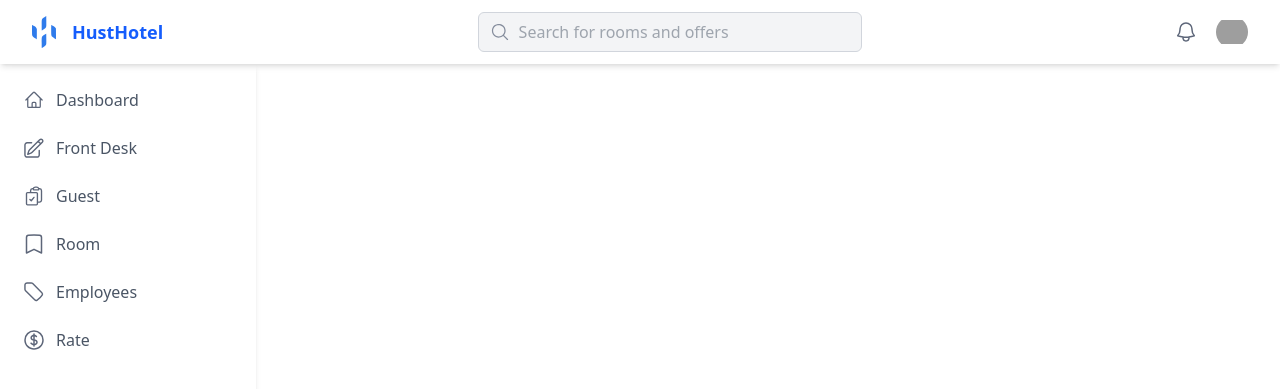
Repository: nguynd/GR1Attendance
Page: / (app in fe/)
An editor plug-in stored every save of this project. The page is shown before and after the next save, followed by the edit.
The browser window is 1280 px wide. The pictures show the whole page.
Pictures or frames that could not be fetched are drawn as grey boxes. The page's requests for data from a server got no answer. The project was rebuilt for these pictures with package versions that can differ from the ones it lists, and the page was loaded fresh each time. Some packages were replaced by stand-ins written for this rebuild. No one was signed in, and anything a server would have sent is missing. Also part of the build but not shown: fe/vite.config.js, fe/src/components/EditClass.jsx.

Above is the page before, as saved 2025-05-24 20:16:46.

After the next save:
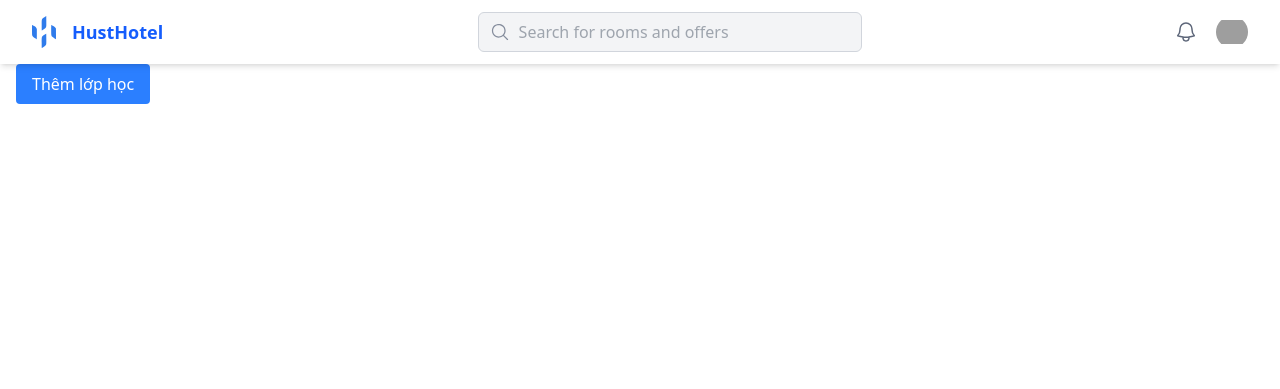
Saved 31 s later.
--- a/fe/src/App.jsx
+++ b/fe/src/App.jsx
@@ -13,7 +13,7 @@
     <>
     <div>
       <Header />
-      <Sidebar />
+      {/* <Sidebar /> */}
       <ClassList />
     </div>
     </>

After the save that followed:
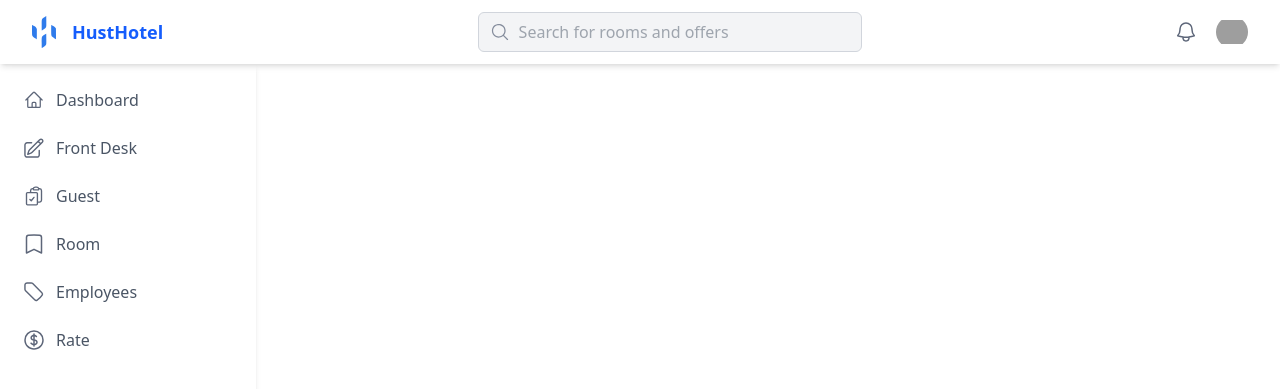
Saved 6 s later.
--- a/fe/src/App.jsx
+++ b/fe/src/App.jsx
@@ -13,7 +13,7 @@
     <>
     <div>
       <Header />
-      {/* <Sidebar /> */}
+      <Sidebar />
       <ClassList />
     </div>
     </>
